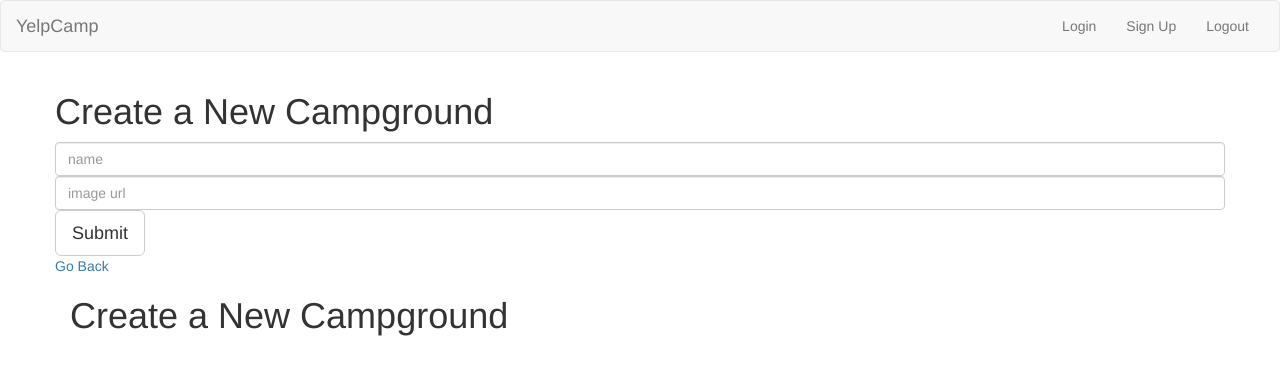
Repository: jersanmd/Learn-Node-JS
Page: http://localhost/campgrounds/new
The author's editor kept a record of every edit. The page is drawn from the files as they stood at one moment, then again after the next edit.
The browser window is 1280 px wide. The pictures show the whole page.
The page is served by the project's Node server (yelpcamp/app.js).

Above is the page before.

After the next edit:
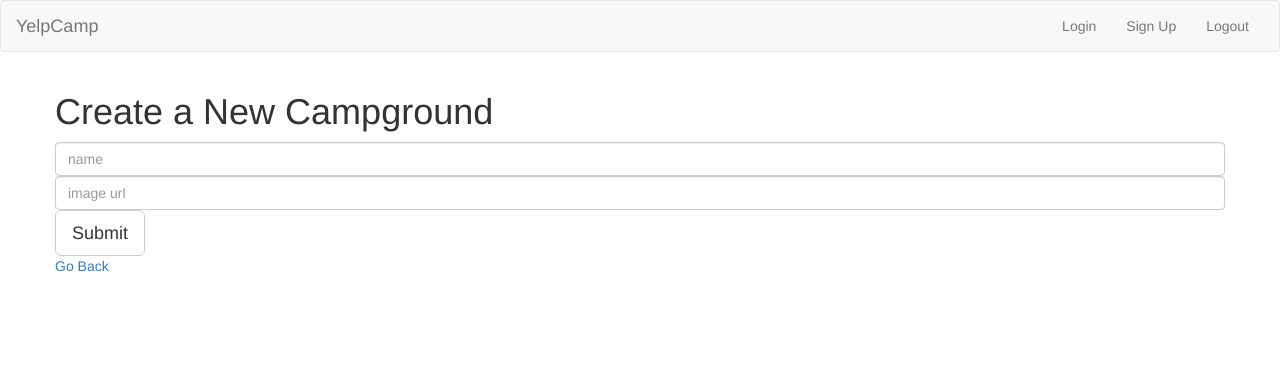
The edit:
--- a/yelpcamp/views/new.ejs
+++ b/yelpcamp/views/new.ejs
@@ -14,7 +14,6 @@
         </div>
 
     </div>
-    <h1>Create a New Campground</h1>
 </div>
 
 <% include partials/footer %>
